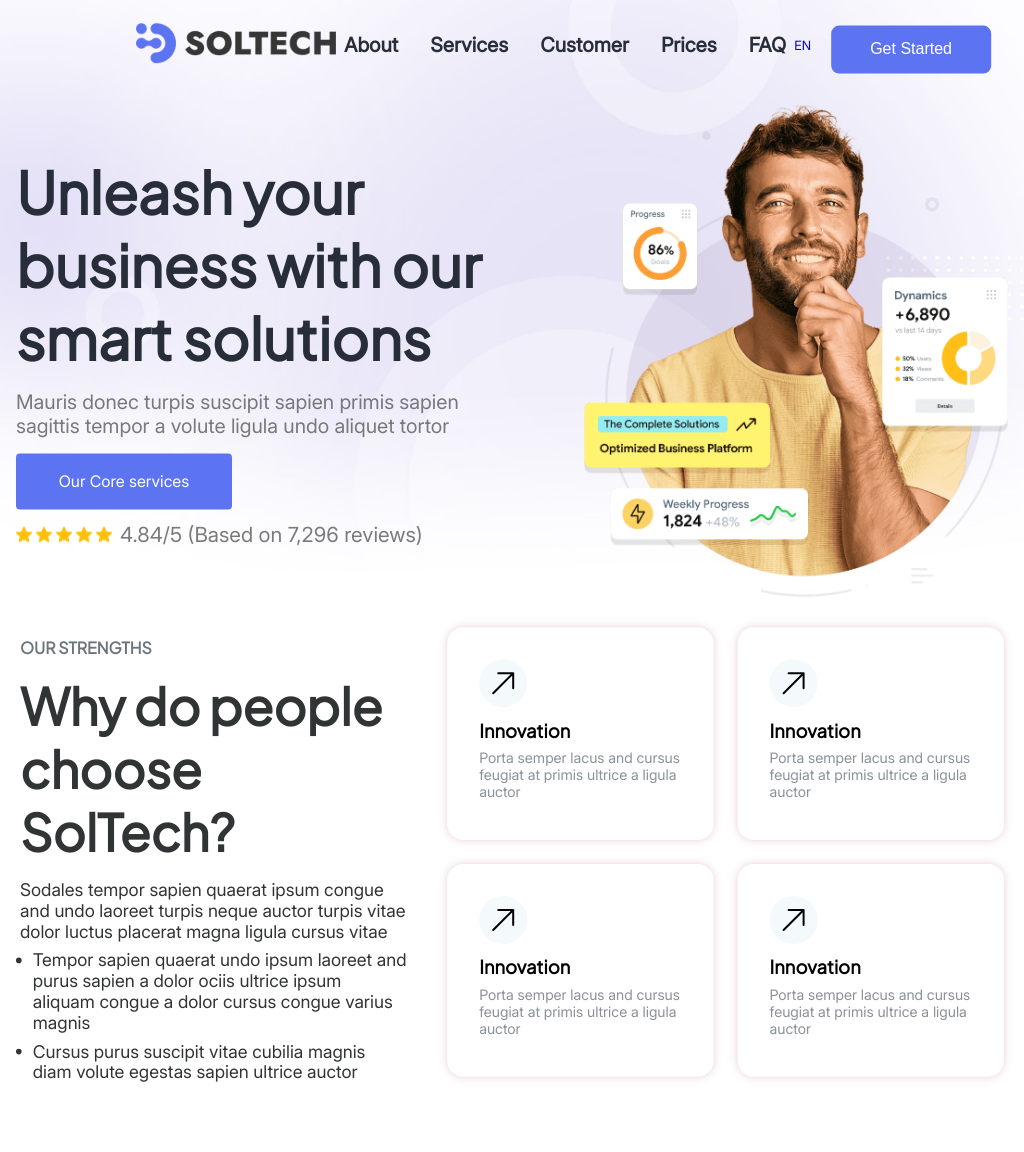
Repository: md-rabbi-hossain/Soltech-html
Page: index.html
An editor plug-in stored every save of this project. The page is shown before and after the next save, followed by the edit.
The browser window is 1280 px wide. The pictures show the whole page, at 80% of full size.

Above is the page before, as saved 2025-01-10 02:37:35.

After the next save:
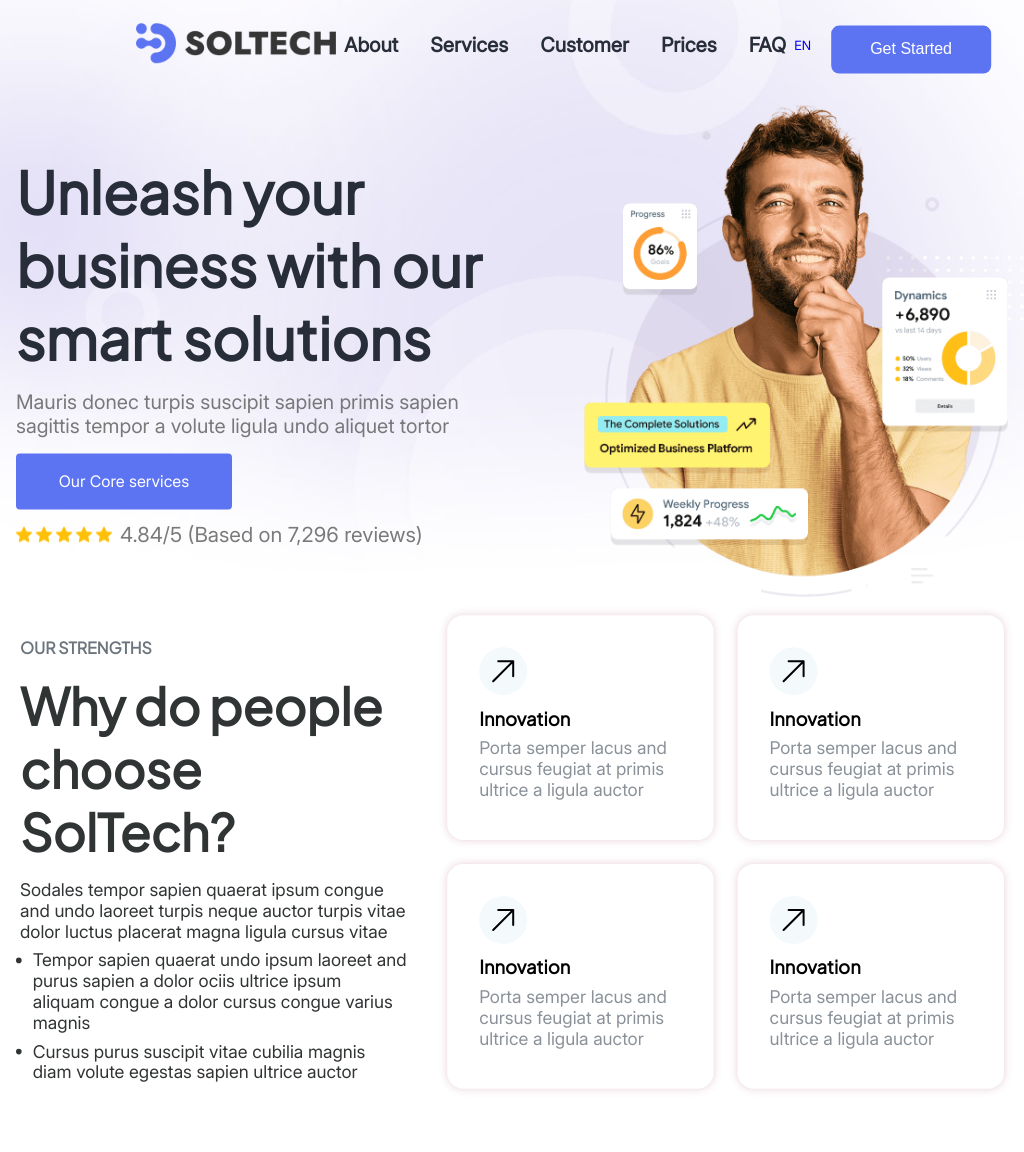
Saved 49 s later.
--- a/Css/style.css
+++ b/Css/style.css
@@ -289,7 +289,7 @@ section.main-container.cta-section {
 }
 .box-inner p {
   font-family: Inter;
-  font-size: 18px;
+  font-size: 22px;
   margin-bottom: 10px;
 }
 .box-inner svg {
